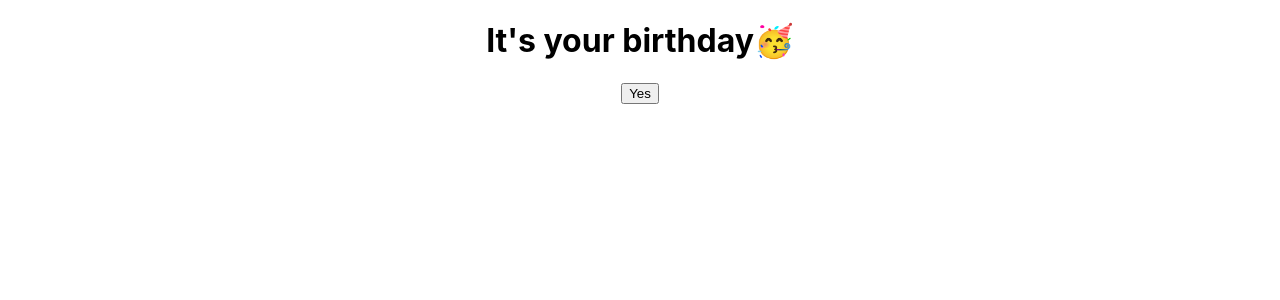
Repository: David-Waite/HannahsBirthdayWebsite
Page: /
The author's editor kept a copy of each file at every save. The page is drawn from the files as they stood at one save, then again after the next save.
The browser window is 1280 px wide. The pictures show the whole page.
The project was rebuilt for these pictures with package versions that can differ from the ones it lists, and the page was loaded fresh each time.

Above is the page before, as saved 2023-03-30 17:01:14.

After the next save:
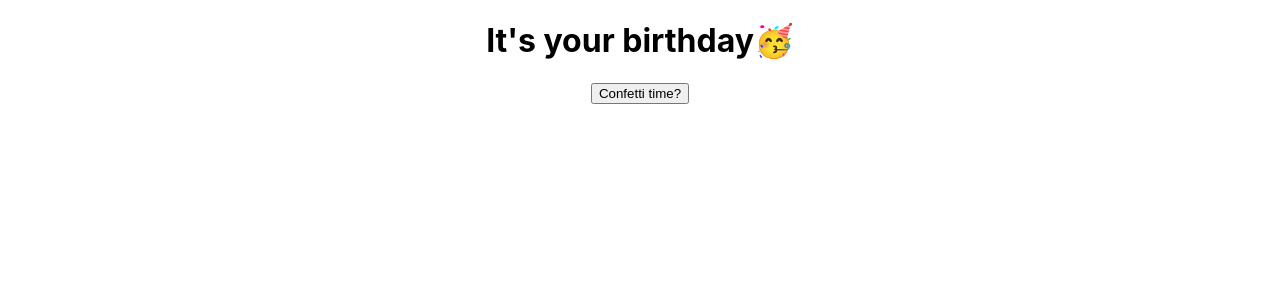
Saved 6 s later.
--- a/src/App.js
+++ b/src/App.js
@@ -11,7 +11,7 @@ function App() {
   }
   let buttonText = "";
   if (confetti == null) {
-    buttonText = "Yes";
+    buttonText = "Confetti time?";
   } else if (!setConfetti) {
     buttonText = "No";
   }
